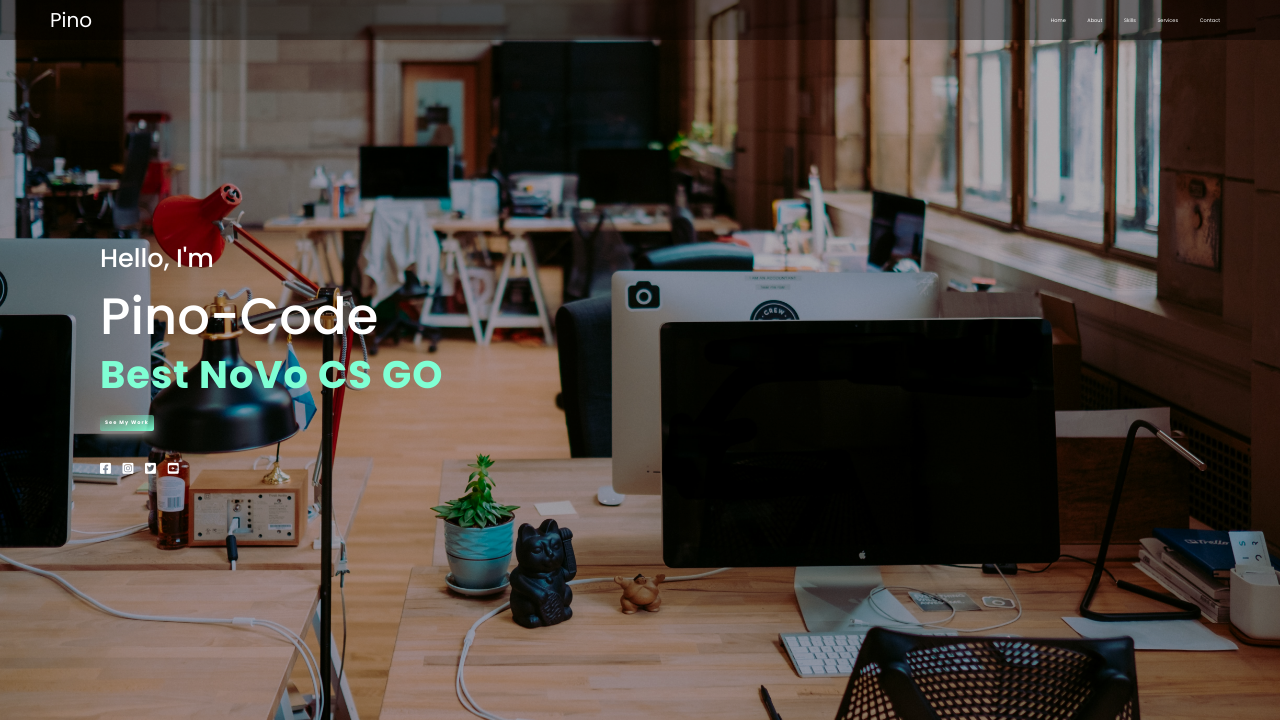
Repository: Pinocoding/New
Page: index.html
These files come from the project's save history. The page is drawn as it stood at one moment and after a run of saves; the edit follows.
The browser window is 1280 px wide. The pictures show the whole page.

Above is the page before, as saved 2021-10-11 23:05:52.

After the next 2 saves:
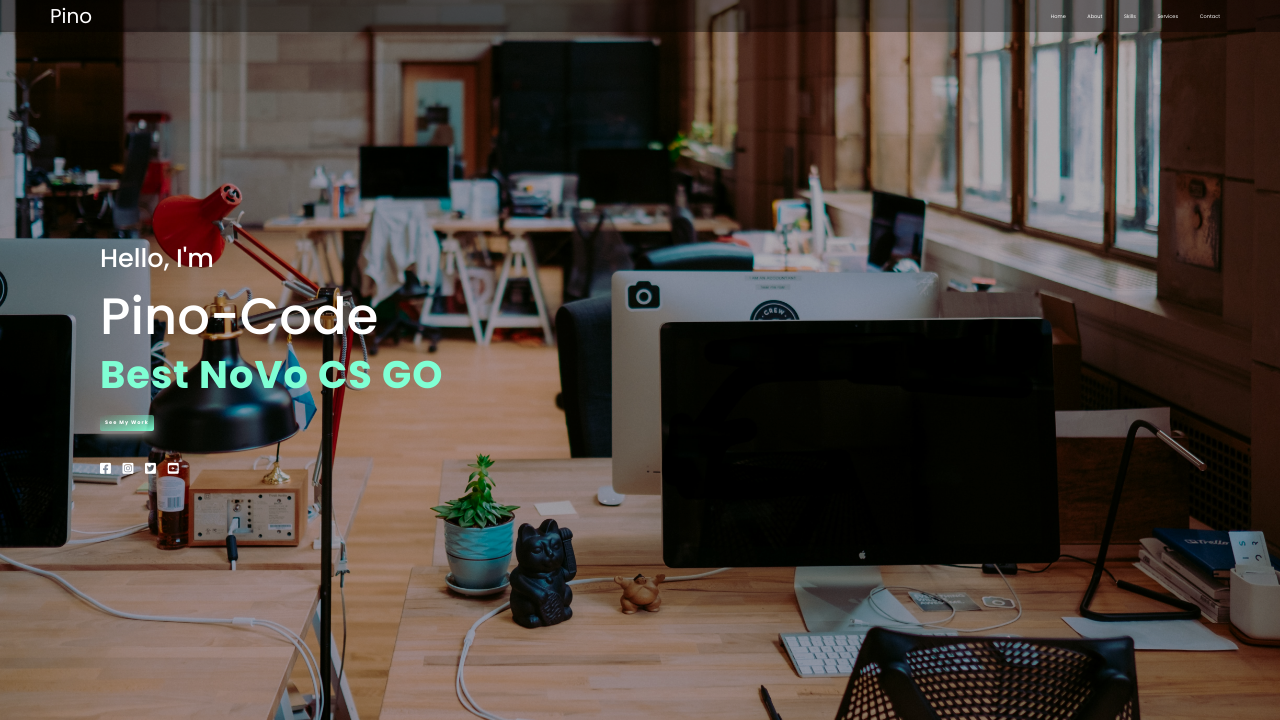
The 2 saves are shown as one change because they came seconds apart.
The last was saved 15 s later.
--- a/style.css
+++ b/style.css
@@ -15,7 +15,7 @@ header {
   top: 0;
   left: 0;
   width: 100%;
-  padding: 5px 5rem;
+  padding: 1px 5rem;
   display: flex;
   justify-content: space-between;
   align-items: center;
